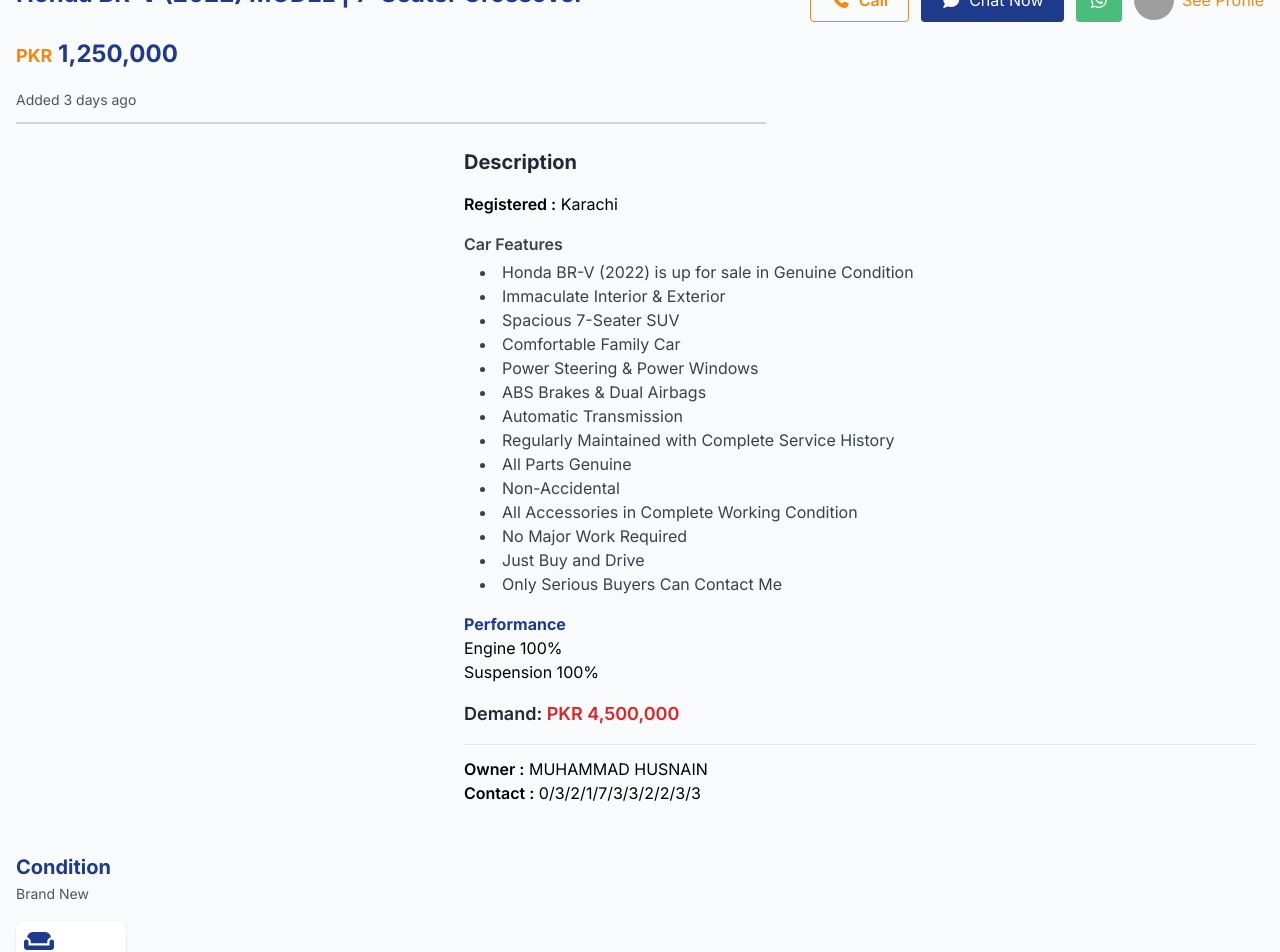
Repository: ARFA-SAEED/miljayega
Page: src/motorsPage/bikes_1.html
An editor plug-in stored every save of this project. The page is shown before and after the next save, followed by the edit.
The browser window is 1280 px wide. The pictures show the part of the page from y = 679 to 1631 px (the page is 2666 px tall).
Pictures or frames that could not be fetched are drawn as grey boxes. A picture or video elsewhere on the page could not be fetched, so the positions and the page height are approximate. Some web fonts or font styles are not loaded; a fallback is used. Some web libraries are served in a nearby version.

Above is the page before, as saved 2025-08-25 13:26:15.

After the next save:
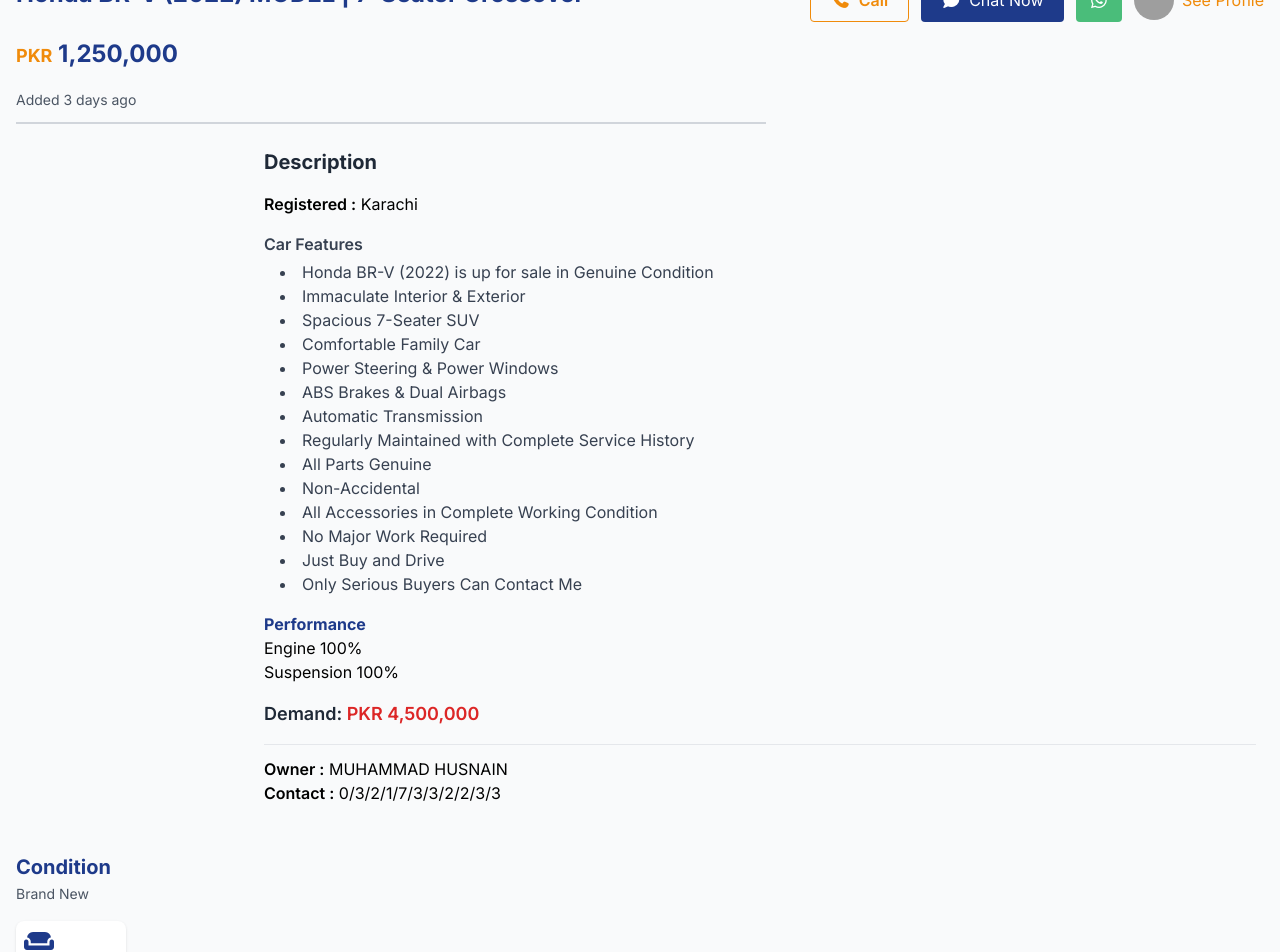
Saved 9 s later.
--- a/src/motorsPage/bikes_1.html
+++ b/src/motorsPage/bikes_1.html
@@ -146,7 +146,7 @@
         <p class="text-gray-600 text-sm mt-5 pb-3 border-b border-gray-300 border-b-2 w-[750px]">Added 3 days ago</p>
     </div>
 
-    <div class=" p-6 ms-[440px] space-y-4">
+    <div class=" p-6 ms-[240px] space-y-4">
         <h3 class="text-xl font-bold text-gray-800">Description</h3>
 
         <p><span class="font-semibold">Registered :</span> Karachi</p>
